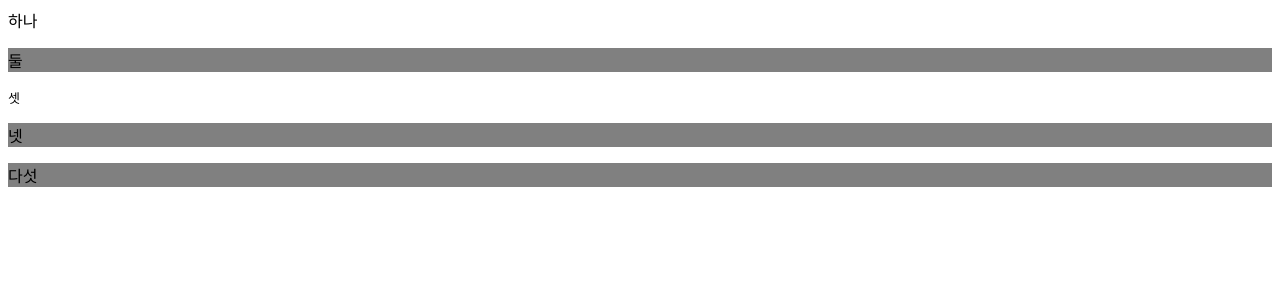
Repository: Baechangho/JavaBasic
Page: workspace_web/Front/src/main/webapp/jquery/jq_05.html
These files come from the project's save history. The page is drawn as it stood at one moment and after the next save; the edit follows.
The browser window is 1280 px wide. The pictures show the whole page.

Above is the page before, as saved 2023-08-09 05:06:49.

After the next save:
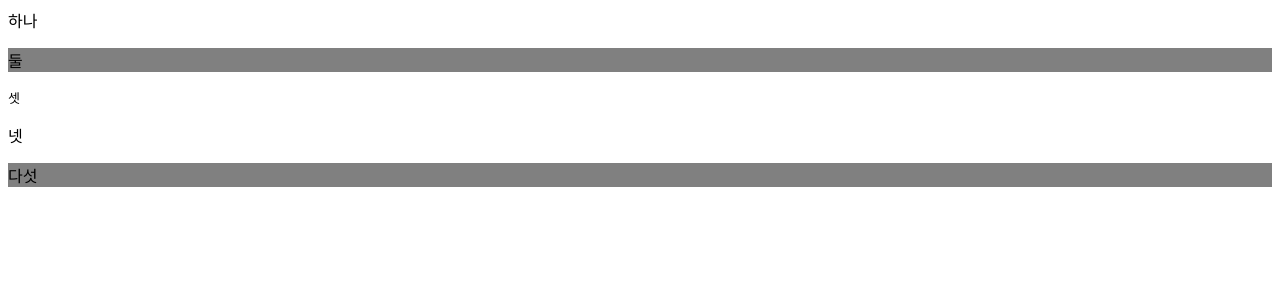
Saved 38 s later.
--- a/workspace_web/Front/src/main/webapp/jquery/jq_05.html
+++ b/workspace_web/Front/src/main/webapp/jquery/jq_05.html
@@ -30,7 +30,7 @@
 	$('p').each(function(){
 
 		if($("#stop").is($(this))){
-
+			return
 		}
 		$(this).css("background", "gray")
 

After the 2 saves that followed:
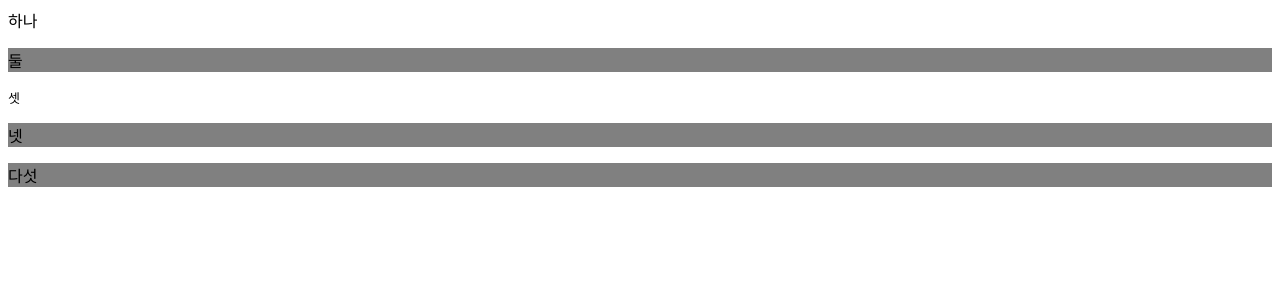
The 2 saves are shown as one change because they came seconds apart.
The last was saved 16 s later.
--- a/workspace_web/Front/src/main/webapp/jquery/jq_05.html
+++ b/workspace_web/Front/src/main/webapp/jquery/jq_05.html
@@ -29,7 +29,7 @@
 
 	$('p').each(function(){
 
-		if($("#stop").is($(this))){
+		if($("#stop").is(!$(this))){
 			return
 		}
 		$(this).css("background", "gray")
